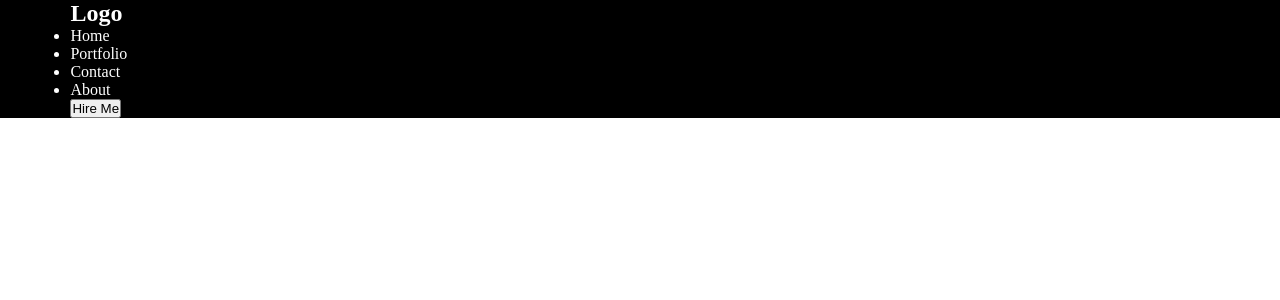
Repository: DevAntonioRogers/vanilla-responsive-navbar
Page: index.html
These files come from the project's save history. The page is drawn as it stood at one moment and after the next save; the edit follows.
The browser window is 1280 px wide. The pictures show the whole page.

Above is the page before, as saved 2023-06-04 21:07:46.
Console error: TypeError: Cannot read properties of null (reading 'addEventListener')

### index.html
<!DOCTYPE html>
<html lang="en">
  <head>
    <meta charset="UTF-8" />
    <meta http-equiv="X-UA-Compatible" content="IE=edge" />
    <meta
      name="viewport"
      content="width=device-width, initial-scale=1.
    0"
    />
    <link rel="stylesheet" href="style.css" />
    <title>Document</title>
  </head>
  <body>
    <nav>
      <div class="nav-container">
        <h1>Logo</h1>

        <ul>
          <li>Home</li>
          <li>Portfolio</li>
          <li>Contact</li>
          <li>About</li>
        </ul>

        <button>Hire Me</button>
      </div>
    </nav>
    <script src="app.js"></script>
  </body>
</html>

### style.css
* {
  box-sizing: border-box;
  padding: 0;
  margin: 0;
}

nav {
  background-color: black;
}

.nav-container {
  background-color: black;
  color: white;
  width: 89%;
  margin: auto;
}

### app.js
const hamburger = document.querySelector('.hamburger')
const navMenu = document.querySelector('.nav-menu')

hamburger.addEventListener('click', () => {
  hamburger.classList.toggle('active')
  navMenu.classList.toggle('active')
})




const textToType = ["JavaScript.", "React.", "HTML.", "CSS."];
let currentIndex = 0;
let currentText = "";
let deleting = false;

function typeText() {
  if (currentIndex >= textToType.length) {
    currentIndex = 0;
  }

  currentText = deleting
    ? textToType[currentIndex].substring(0, currentText.length - 1)
    : textToType[currentIndex].substring(0, currentText.length + 1);

  document.getElementById("typing-text").textContent = currentText;

  if (!deleting && currentText === textToType[currentIndex]) {
    deleting = true;
    setTimeout(typeText, 1000);
  } else if (deleting && currentText === "") {
    deleting = false;
    currentIndex++;
    setTimeout(typeText, 500);
  } else {
    setTimeout(typeText, deleting ? 100 : 200);
  }
}

typeText();

After the next save:
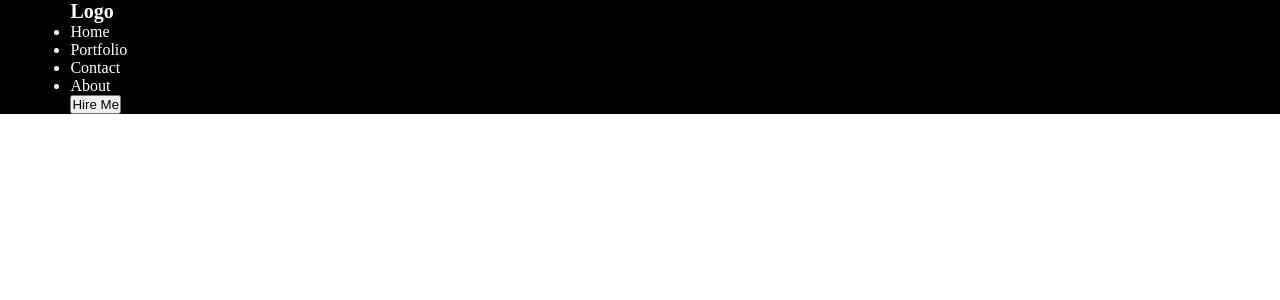
Saved 41 s later.
--- a/style.css
+++ b/style.css
@@ -14,3 +14,7 @@
   width: 89%;
   margin: auto;
 }
+
+.nav-container h1 {
+  font-size: 20px;
+}
